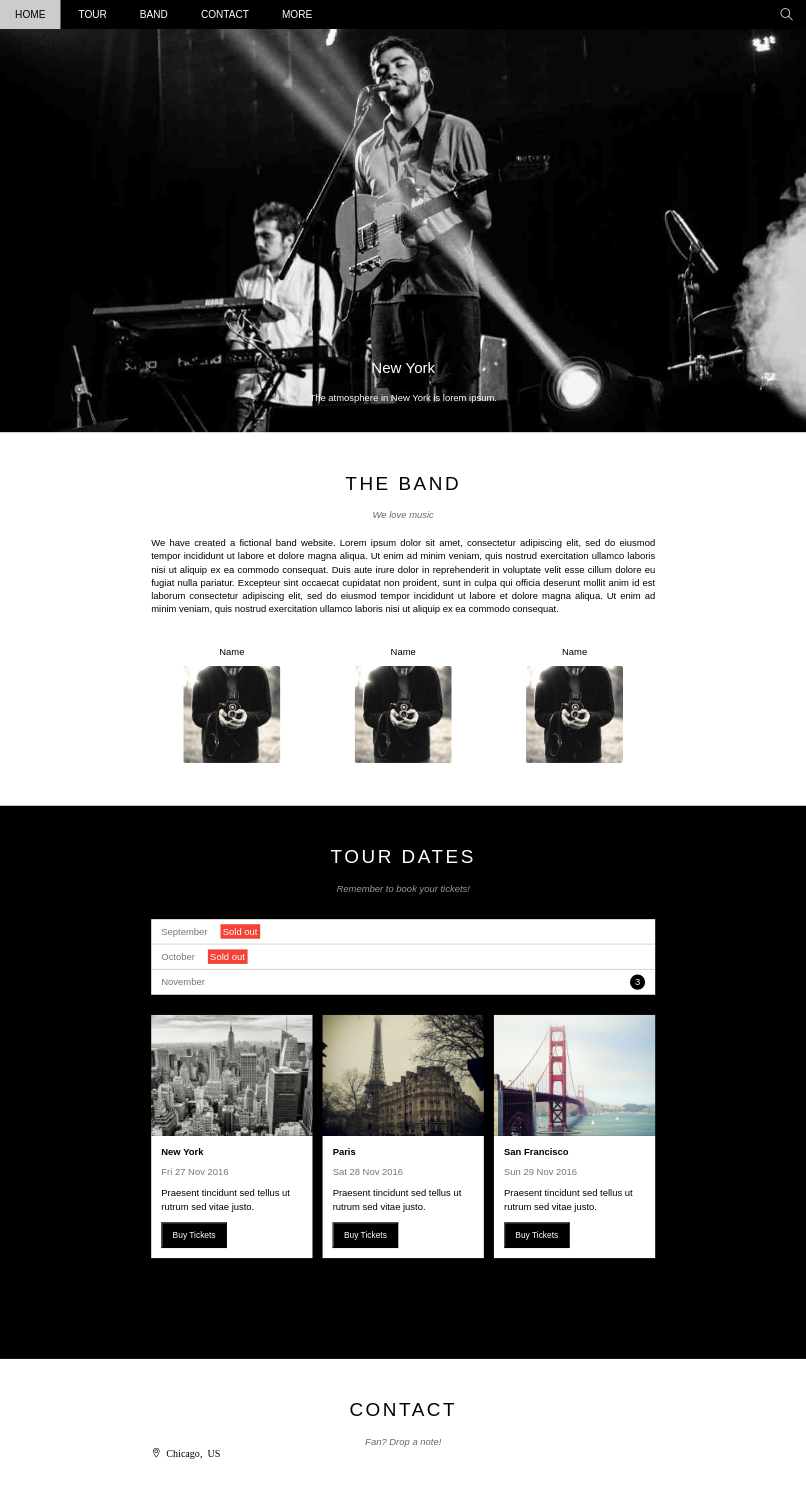
Repository: duyhung0311/band_music
Page: index.html
These files come from the project's save history. The page is drawn as it stood at one moment and after the next save; the edit follows.
The browser window is 1280 px wide. The pictures show the whole page, at 63% of full size.

Above is the page before, as saved 2021-08-15 11:59:15.

### index.html
<!DOCTYPE html>
<html lang="en">
  <head>
    <meta charset="UTF-8" />
    <meta http-equiv="X-UA-Compatible" content="IE=edge" />
    <meta name="viewport" content="width=device-width, initial-scale=1.0" />
    <title>Document</title>
    <link rel="stylesheet" href="assets/css/style.css" />
    <link
      rel="stylesheet"
      href="./assets/fonts/themify-icons/themify-icons.css"
    />
  </head>
  <body>
    <div id="main">
      <div id="header">
        <!--#ul>li*5>a  -->
        <!-- Begin : Nav -->
        <ul id="nav">
          <li><a href="">Home</a></li>
          <li><a href="">Tour</a></li>
          <li><a href="">Band</a></li>
          <li><a href="">Contact</a></li>
          <li>
            <a href="">
              More
              <i class="nav-arrow-down ti-angle-dow"></i>
            </a>
            <ul class="subnav">
              <li><a href="">Merchandise</a></li>
              <li><a href="">Extras</a></li>
              <li><a href="">Media</a></li>
            </ul>
          </li>
        </ul>
        <!-- End : Nav -->

        <!-- Begin :Search button -->
        <div class="search-btn">
          <i class="search-icon ti-search"></i>
        </div>
        <!-- End :Search button -->
      </div>

      <div id="slider">
        <div class="text-content">
          <h2 class="text-heading">New York</h2>
          <div class="text-description">
            The atmosphere in New York is lorem ipsum.
          </div>
        </div>
      </div>

      <div id="content">
        <!-- About section -->
        <div class="content-section">
          <h2 class="section-heading">THE BAND</h2>
          <p class="section-sub-heading">We love music</p>
          <p class="about-content">
            We have created a fictional band website. Lorem ipsum dolor sit
            amet, consectetur adipiscing elit, sed do eiusmod tempor incididunt
            ut labore et dolore magna aliqua. Ut enim ad minim veniam, quis
            nostrud exercitation ullamco laboris nisi ut aliquip ex ea commodo
            consequat. Duis aute irure dolor in reprehenderit in voluptate velit
            esse cillum dolore eu fugiat nulla pariatur. Excepteur sint occaecat
            cupidatat non proident, sunt in culpa qui officia deserunt mollit
            anim id est laborum consectetur adipiscing elit, sed do eiusmod
            tempor incididunt ut labore et dolore magna aliqua. Ut enim ad minim
            veniam, quis nostrud exercitation ullamco laboris nisi ut aliquip ex
            ea commodo consequat.
          </p>

          <div class="row members-list">
            <div class="col col-third text-center">
              <p class="member-name">Name</p>
              <img
                src="./assets/img/ban/member1.jpg"
                alt=""
                class="member-avatar"
              />
            </div>

            <div class="col col-third text-center">
              <p class="member-name">Name</p>
              <img
                src="./assets/img/ban/member1.jpg"
                alt=""
                class="member-avatar"
              />
            </div>

            <div class="col col-third text-center">
              <p class="member-name">Name</p>
              <img
                src="./assets/img/ban/member1.jpg"
                alt=""
                class="member-avatar"
              />
            </div>

            <div class="clear"></div>
          </div>
        </div>

        <!-- Tour section -->
        <div class="tour-section">
          <div class="content-section">
            <h2 class="section-heading text-white">TOUR DATES</h2>
            <p class="section-sub-heading text-white">
              Remember to book your tickets!
            </p>

            <!-- Ticket list -->
            <ul class="ticket-list">
              <li>September <span class="sold-out">Sold out</span></li>
              <li>October <span class="sold-out">Sold out</span></li>
              <li>November <span class="quantity">3</span></li>
            </ul>

            <!-- Place list -->
            <div class="row places-list">
              <div class="col col-third">
                <img
                  src="./assets//img/place/place1.jpg"
                  alt="New York"
                  class="place-img"
                />
                <div class="place-body">
                  <h3 class="place-heading">New York</h3>
                  <p class="place-time">Fri 27 Nov 2016</p>
                  <p class="place-description">
                    Praesent tincidunt sed tellus ut rutrum sed vitae justo.
                  </p>
                  <button class="place-buy-btn js-buy-ticket">
                    Buy Tickets
                  </button>
                </div>
              </div>

              <div class="col col-third">
                <img
                  src="./assets//img/place/place2.jpg"
                  alt="Paris"
                  class="place-img"
                />
                <div class="place-body">
                  <h3 class="place-heading">Paris</h3>
                  <p class="place-time">Sat 28 Nov 2016</p>
                  <p class="place-description">
                    Praesent tincidunt sed tellus ut rutrum sed vitae justo.
                  </p>
                  <button class="place-buy-btn js-buy-ticket">
                    Buy Tickets
                  </button>
                </div>
              </div>
              <div class="col col-third">
                <img
                  src="./assets//img/place/place3.jpg"
                  alt="San Francisco"
                  class="place-img"
                />
                <div class="place-body">
                  <h3 class="place-heading">San Francisco</h3>
                  <p class="place-time">Sun 29 Nov 2016</p>
                  <p class="place-description">
                    Praesent tincidunt sed tellus ut rutrum sed vitae justo.
                  </p>
                  <button class="place-buy-btn js-buy-ticket">
                    Buy Tickets
                  </button>
                </div>
              </div>
              <div class="clear"></div>
            </div>
          </div>
        </div>

        <!-- Tour section -->
        <div class="content-section">
          <h2 class="section-heading">CONTACT</h2>
          <p class="section-sub-heading">Fan? Drop a note!</p>
          <div class="row">
            <div class="col col-half">
              <p><i class="ti-location-pin"> Chicago, US </i></p>
              <p></p>
              <p></p>
            </div>
            <div class="col col-half"></div>
          </div>
        </div>
      </div>

      <div id="footer"></div>
    </div>
    <div class="modal js-modal">
      <div class="modal-container js-modal-container">
        <div class="modal-close js-modal-close">
          <i class="ti-close"></i>
        </div>
        <header class="modal-header">
          <i class="modal-heading-icon ti-bag"></i>
          Tickets
        </header>
        <div class="modal-body">
          <label for="ticket-quantity" class="modal-label">
            <i class="ti-shopping-cart"></i>
            Tickets, $15 per person
          </label>
          <input
            id="quantity"
            type="text"
            placeholder="How many?"
            class="modal-input"
          />

          <label for="email" class="modal-label">
            <i class="ti-user"></i>
            Send To
          </label>
          <input
            id="email"
            type="text"
            placeholder="Email"
            class="modal-input"
          />
          <button id="buy-tickets">Pay <i class="ti-check"></i></button>
        </div>
        <footer class="modal-footer">
          <p class="modal-help">Need <a href="">help?</a></p>
        </footer>
      </div>
    </div>
    <script>
      const buyBtns = document.querySelectorAll(".js-buy-ticket");
      const modal = document.querySelector(".modal");
      const modalClose = document.querySelector(".js-modal-close");
      const modalContainer = document.querySelector(".js-modal-container");
      // Hàm hiển thị modal
      function showBuyTickets() {
        modal.classList.add("open");
      }
      // Hàm ẩn đi modal mua vé
      function showCloseTickets() {
        modal.classList.remove("open");
      }
      for (const buyBtn of buyBtns) {
        buyBtn.addEventListener("click", showBuyTickets);
      }
      modalClose.addEventListener("click", showCloseTickets);
      modal.addEventListener("click", showCloseTickets);
      modalContainer.addEventListener("click", function (event) {
        event.stopPropagation();
      });
    </script>
  </body>
</html>

### assets/css/style.css
/*Reset CSS*/
* {
  padding: 0;
  margin: 0;
  box-sizing: border-box;
}
html {
  font-family: Arial, Helvetica, sans-serif;
}
/*
    1. Từ ngoài vào trong
    2. Từ trên xuống dưới
    3. Từ tổng quan đến chi tiết
*/
/*
    1. Vị trí
    2. Kích thước (width height)
    3. Màu sắc
    4. Kiểu dáng (kiểu chữ, hình tròn, vuông, ....)
*/
.clear{
    clear: both;
}
.text-center {
    text-align: center !important;
}
.text-white {
    color: #fff !important;
}

#main {
}
#header {
  position: fixed;
  top: 0;
  left: 0;
  right: 0;
  z-index: 1;
  height: 46px;
  background-color: #000;
}

#nav {
  display: inline-block;
}

/* cách bỏ dấu chấm đầu dòng của thằng ul */
#nav,
.subnav {
  list-style-type: none;
}

#nav > li {
  display: inline-block;
}
#nav li {
  /* inline là trên 1 hàng block giữ lại kích thước khối */
  position: relative;
}

#nav > li > a {
  color: #fff;
  text-transform: uppercase;
}

#nav li a {
  text-decoration: none;
  line-height: 46px;
  padding: 0 24px;
  display: block;
  /* inline k tính chiều cao và chiều rộng được */
}

#nav li:hover .subnav {
  display: block;
}

#nav > li:hover > a,
#nav .subnav li:hover a {
  color: #000;
  background-color: #ccc;
}

#nav .subnav {
  display: none;
  min-width: 160px;
  position: absolute;
  top: 100%;
  /* top = 100% là nó lấy chính chiều cao
    100% của chính nó */
  left: 0;
  background-color: #fff;
  box-shadow: 0 0 10px rgba(0, 0, 0, 0.3);
}

#nav .subnav a {
  color: #000;
  padding: 0 12px;
  line-height: 38px;
}

#nav .nav-arrow-down {
  font-size: 14px;
}

#header .search-btn {
  float: right;
  padding: 0 21px;
  cursor: pointer;
}

#header .search-btn:hover {
  background-color: #f44336;
}

#header .search-icon {
  color: #fff;
  font-size: 20px;
  line-height: 46px;
}

#slider {
    position: relative;
    margin-top: 46px;
    padding-top: 50%;
    background:url('./../img/slider/slider1.jpg') top center / cover no-repeat;
}
#slider .text-content   {
    position: absolute;
    bottom: 46px;
    left: 50%;
    color: #fff;
    transform: translateX(-50%);
    text-align: center;
}

#slider .text-heading   {
    font-weight: 500;
    font-size: 24px;
}

#slider .text-description   {
    font-size: 15px;
    margin-top: 25px;
}

#content {

}

#content .content-section{
    width: 800px;
    margin: 0 auto;
    padding: 64px 0;
}

#content .section-heading {
    font-size: 30px;
    font-weight: 500;
    letter-spacing: 4px;
}

#content .section-sub-heading,
#content .about-content {
    margin-top: 25px;
    font-size: 15px;
}

#content .section-heading,
#content .section-sub-heading {
    text-align: center;
}

#content .section-sub-heading {
    font-style: italic;
    opacity: 0.6;
}

#content .about-content {
    text-align: justify;
    line-height: 1.4;
}

#content .members-list {
    margin-top: 48px;
    /* overflow: hidden; */
}

#content .member-item {
    text-align: center;
}

#content .member-name {
    font-size: 15px;
}

#content .member-avatar {
    width: 154px;
    margin-top:15px;
    border-radius: 4px;
}
/* Tour section */
.tour-section {
    background: #000;
}

.ticket-list li {
    color: #757575;
    font-size: 15px;
    padding: 11px 16px;
    border-bottom: 1px solid #bbb;
    list-style-type: none;
}

.ticket-list {
    background:#fff;
    margin-top: 40px;
}


.ticket-list .sold-out {
    color: #fff;
    background: #f44336;
    padding: 3px 4px;
    margin-left: 16px;
}

.ticket-list .quantity {
    float: right;
    margin-top: -3px;
    width: 24px;
    height: 24px;
    background:#000;
    color: #fff;
    border-radius: 50%;
    text-align: center;
    line-height: 24px;
}
.places-list{
    margin-top: 32px;
    margin-bottom: 48px;
    padding-bottom: 48px;
}

/* .places-list .place-item{ */
    /* float: left;
    padding: 0 8px; */
    /* width: calc(100%/3); */
/* } */
.places-list .place-img{
    width: 100%;
    display: block;
}
.places-list .place-img:hover{
    opacity: 0.6;
}
.places-list .place-body{
    padding: 16px;
    background-color: #fff;
    font-size: 15px;
}
.place-body .place-heading{
    font-size: 15px;
    font-weight:600;
}
.place-body .place-time{
    margin-top: 15px;
    color: #757575;
}
.place-body .place-description{
    margin-top: 15px;
    line-height: 1.4;
}
.place-body .place-buy-btn{
    color: #fff;
    background :#000;
    text-decoration: none;
    padding:11px 16px;
    display: inline-block;
    margin-top: 15px;
}
.place-body .place-buy-btn:hover{
    color: #000;
    background: #ccc;
}
/* Footer section */
#footer {
}
.modal{
    position: fixed;
    top: 0;
    bottom: 0;
    left: 0;
    right: 0;
    background: rgba(0,0,0,0.3);
    display: none;
    align-items: center;
    justify-content: center;
}
.modal.open {
    display: flex;
}
.modal .modal-container {
    background: #fff;
    width: 900px;
    min-height: 200px;
    max-width: calc(100% - 32px);
    animation: modalFadeIn ease-in .5s;
}
.modal .modal-header{
    background: #009688;
    height: 130px;
    display: flex;
    align-items: center;
    justify-content: center;
    font-size: 30px;
    color: #fff;
}
.modal-header .modal-heading-icon {
    margin-right: 16px;
}
.modal .modal-container {
    position: relative;
}
.modal-container .modal-close {
    position: absolute;
    top: 0;
    right: 0;
    padding: 12px;
    cursor: pointer;
    opacity: 0.9;
}
.modal-container .modal-close:hover {
    opacity: 1;
}
.modal-container .modal-body {
    padding: 16px;
}
.modal-body .modal-label {
    display: block;
    font-size: 15px;
    margin-bottom: 12px;
}
.modal-body .modal-input {
    border:1px solid #ccc;
    width: 100%;
    padding: 10px;
    font-size: 15px;
    margin-bottom: 24px;
}
.modal-body #buy-tickets{
      background: #009688;
      border: none;
      color:#fff;
      width: 100%;
      text-transform: uppercase;
      padding:18px;
      cursor: pointer;
}
.modal-body #buy-tickets:hover {
    opacity: 0.9;
}
.modal-footer{
    padding: 16px;
    text-align: right;
}
.modal-footer a {
    color: #2196f3;
}
.row {
    margin-left: -8px;
    margin-right: -8px;
}
.col {
    padding-left: 8px;
    padding-right: 8px;
    float: left;
}
.col-third {
    width:calc(100% / 3)
}
.col-half {
    width:50%;
}
@keyframes modalFadeIn {
    from {
        transform: translateY(-140px);
        opacity: 0;
    }
    to {
        transform: translateY(0);
        opacity: 1;
    }
}

Loaded but not shown: assets/fonts/themify-icons/themify-icons.css (common file)

After the next save:
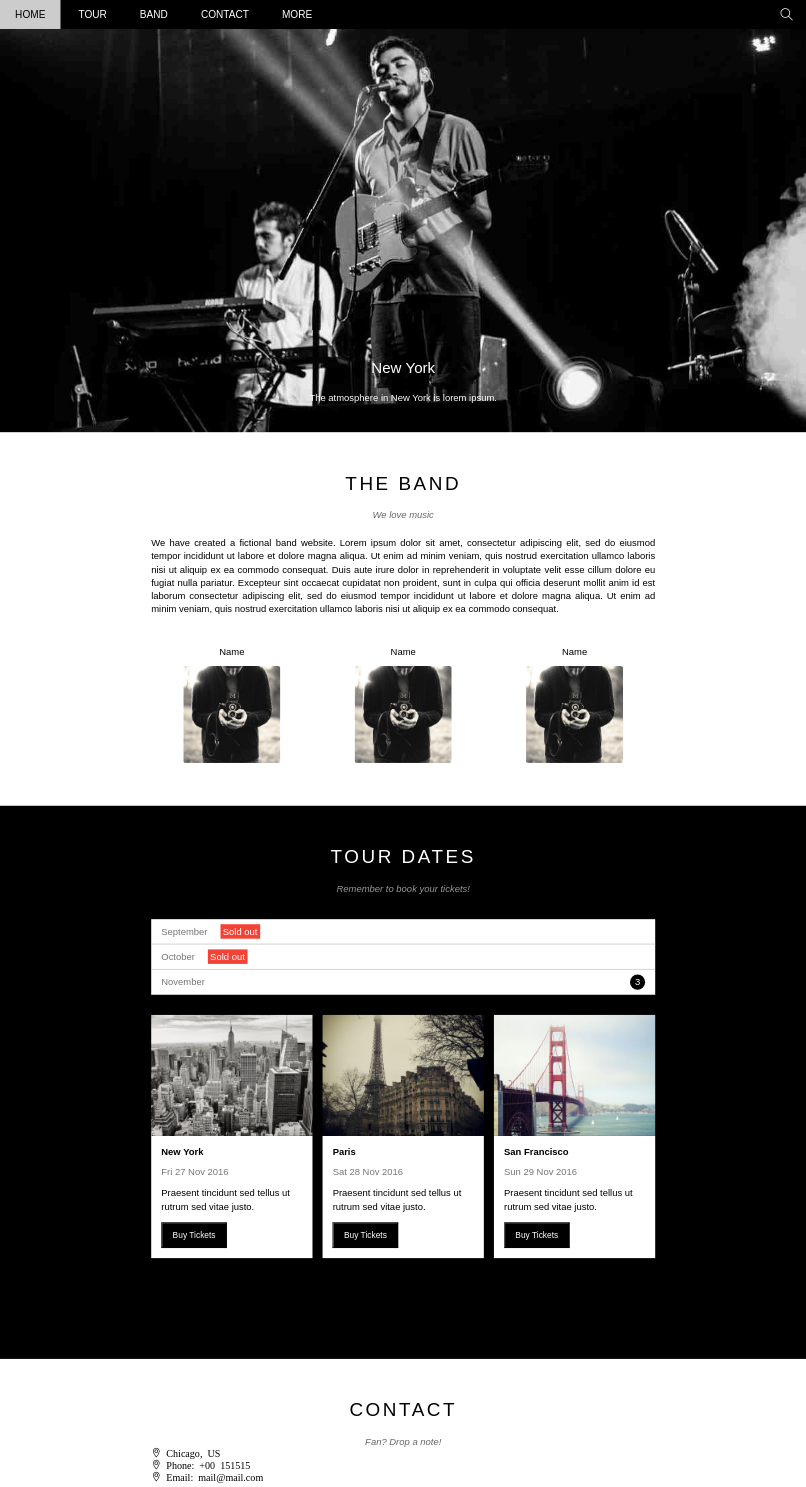
Saved 34 s later.
--- a/index.html
+++ b/index.html
@@ -183,8 +183,8 @@
           <div class="row">
             <div class="col col-half">
               <p><i class="ti-location-pin"> Chicago, US </i></p>
-              <p></p>
-              <p></p>
+              <p><i class="ti-location-pin"> Phone: +00 151515 </i></p>
+              <p><i class="ti-location-pin"> Email: mail@mail.com </i></p>
             </div>
             <div class="col col-half"></div>
           </div>
